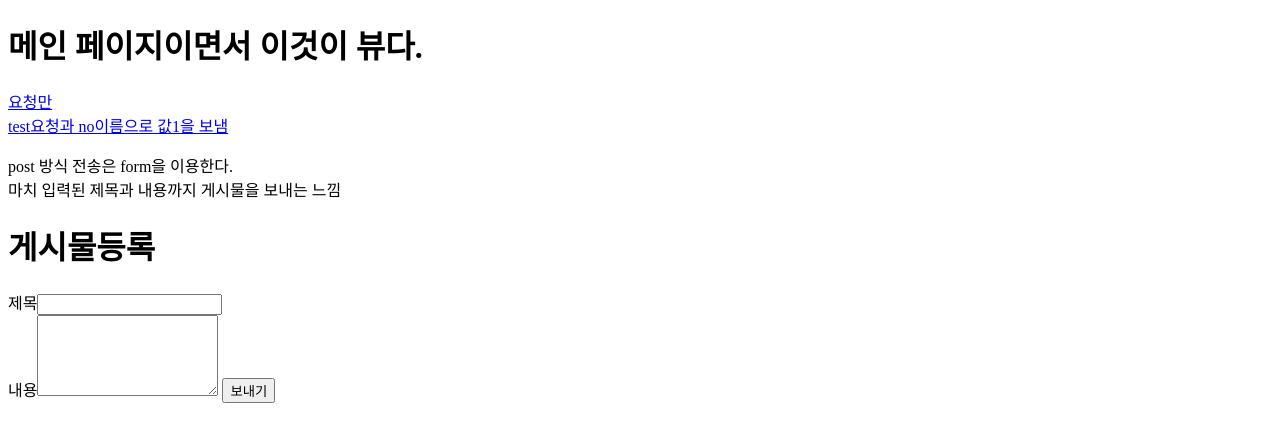
Repository: sig6774/StduyWeb
Page: http://localhost/springmvc_test/WEB-INF/views/main.jsp
These files come from the project's save history. The page is drawn as it stood at one moment and after a run of saves; the edit follows.
The browser window is 1280 px wide. The pictures show the whole page.
The page is served by Tomcat 9. Nobody is signed in. Other server files are loaded and not shown. The template is opened directly, without the code that normally fills it, so the values that code supplies are empty.

Above is the page before, as saved 2022-03-25 03:27:16.

### springmvc_test/src/main/webapp/WEB-INF/views/main.jsp
<%@ page language="java" contentType="text/html; charset=EUC-KR"
    pageEncoding="EUC-KR"%>
<!DOCTYPE html>
<html>
<head>
<meta charset="EUC-KR">
<title>Insert title here</title>
</head>
<body>
<h1>메인 페이지이면서 이것이 뷰다.</h1>

<a href="test1">요청만</a> <br>
<!-- // 요청만을 누르면 홈페이지에서 test1을 실행-->
<a href="test2?no=1&name=sun">test요청과 no이름으로 값1을 보냄</a>
<!--// test요청과 no이름으로 값1을 보냄을 누르면 값 1을 보냄 -->

<!--  post 방식 전송은 form을 이용한다. -->
<!-- form을 통해서 블럭을 생성 -->
<!-- 더 알고 싶으면 w3form을 통해서 확인가능  -->
<p> post 방식 전송은 form을 이용한다. <br>
마치 입력된 제목과 내용까지 게시물을 보내는 느낌

<h1>게시물등록</h1>
<form action = "/test3" method = "post">
	제목<input type="text" name="title"/><br>
	내용<textarea cols="20" rows="5" name="contents"></textarea>
<!-- 20개의 글자와 5줄을 입력할 수 있는 공간 만들기 -->
<!-- 만든 공간에 제목과 내용을 입력하면 그것을 AnyController에 값을 받아올 수 있음  -->
	<input type="submit" value="보내기" /><br>



</form>
</body>
</html>

After the next 2 saves:
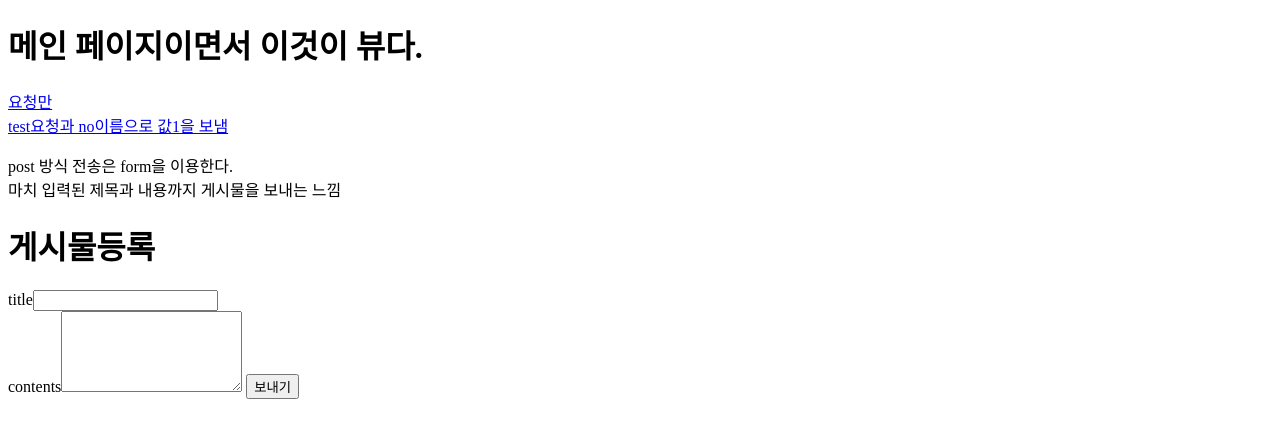
The 2 saves are shown as one change because they came seconds apart.
The last was saved 26 s later.
--- a/springmvc_test/src/main/webapp/WEB-INF/views/main.jsp
+++ b/springmvc_test/src/main/webapp/WEB-INF/views/main.jsp
@@ -22,8 +22,8 @@
 
 <h1>게시물등록</h1>
 <form action = "/test3" method = "post">
-	제목<input type="text" name="title"/><br>
-	내용<textarea cols="20" rows="5" name="contents"></textarea>
+		title<input type="text" name="title"/><br>
+		contents<textarea cols="20" rows="5" name="contents"></textarea>
 <!-- 20개의 글자와 5줄을 입력할 수 있는 공간 만들기 -->
 <!-- 만든 공간에 제목과 내용을 입력하면 그것을 AnyController에 값을 받아올 수 있음  -->
 	<input type="submit" value="보내기" /><br>
